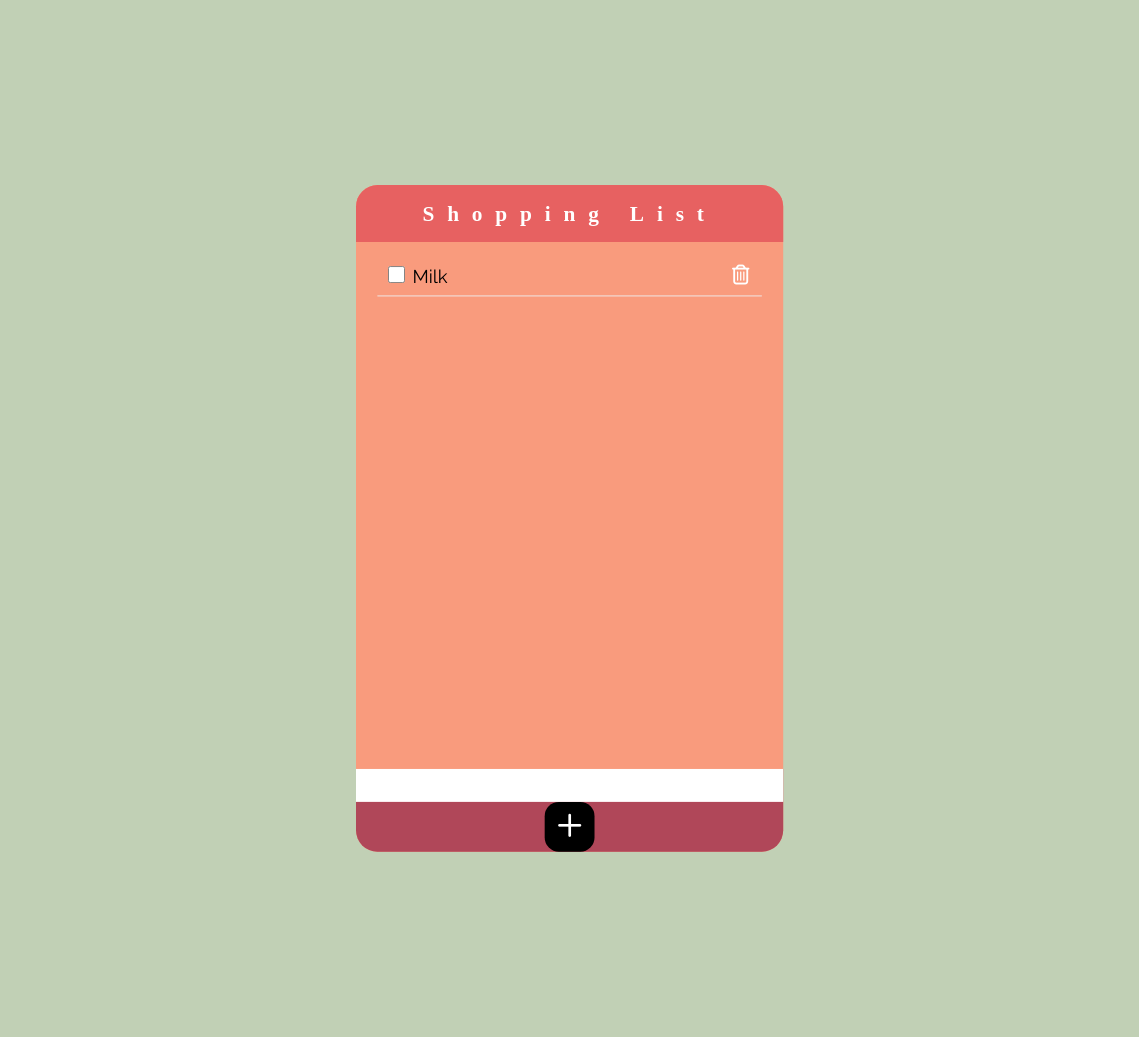
Repository: sephinejo/shopping-list-app
Page: index.html
These files come from the project's save history. The page is drawn as it stood at one moment and after a run of saves; the edit follows.
The browser window is 1280 px wide. The pictures show the whole page, at 89% of full size.
Some web fonts or font styles are not loaded; a fallback is used. Some web libraries are served in a nearby version.

Above is the page before, as saved 2023-05-12 16:18:52.

After the next 2 saves:
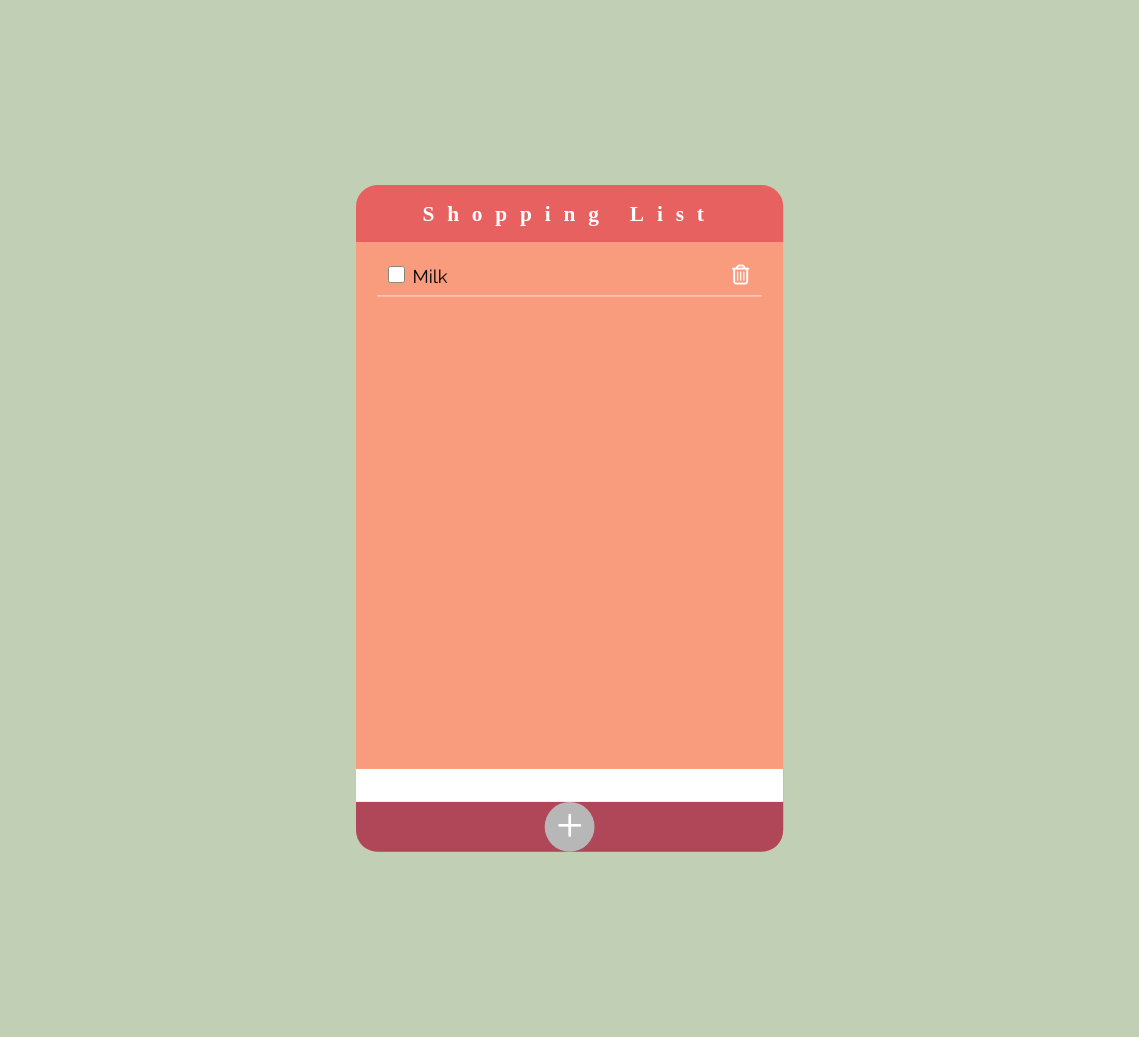
The 2 saves are shown as one change because they came seconds apart.
The last was saved 20 s later.
--- a/style.css
+++ b/style.css
@@ -93,8 +93,8 @@ footer {
 .footer__add {
   height: 3.5rem;
   width: 3.5rem;
-  background-color: #000;
-  border-radius: 1rem;
+  background-color: #b7b7b7;
+  border-radius: 10rem;
   font-size: 2rem;
   margin: auto;
   color: #fff;
